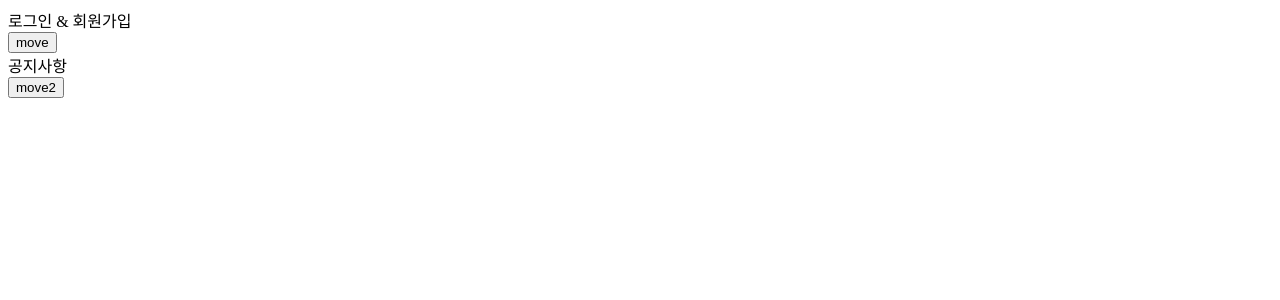
Repository: lbj0314/webTest
Page: Html_ex1/WebContent/index.html
These files come from the project's save history. The page is drawn as it stood at one moment and after the next save; the edit follows.
The browser window is 1280 px wide. The pictures show the whole page.

Above is the page before, as saved 2019-10-16 00:03:58.

After the next save:
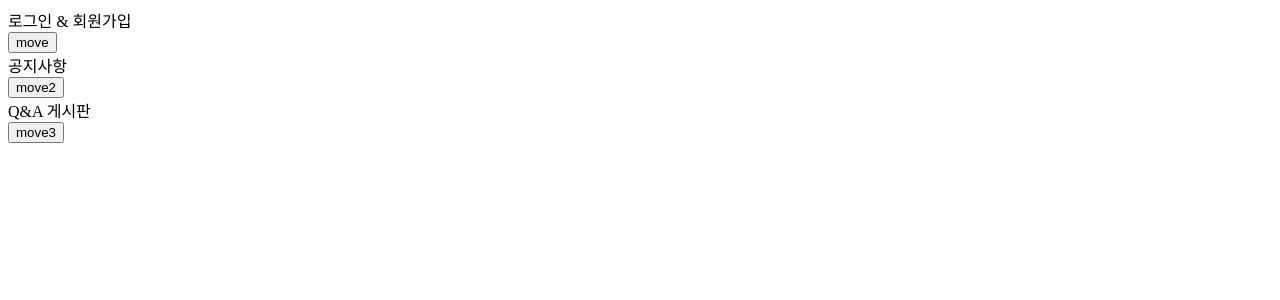
Saved 43 s later.
--- a/Html_ex1/WebContent/index.html
+++ b/Html_ex1/WebContent/index.html
@@ -13,5 +13,10 @@
 <form action="notice/noticeList.html">
 <input type="submit" value="move2">
 </form>
+</form>
+Q&A 게시판<br>
+<form action="qna/qnaList.html">
+<input type="submit" value="move3">
+</form>
 </body>
 </html>
